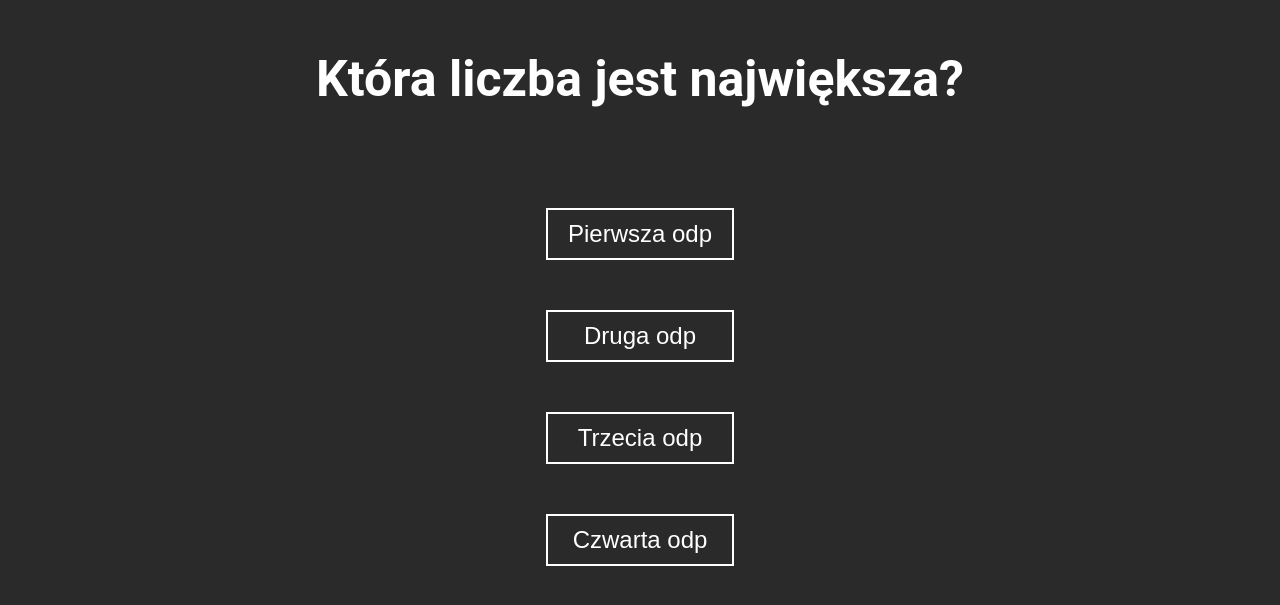
Repository: BaczkiewiczDawid/weatherApp
Page: index.html
An editor plug-in stored every save of this project. The page is shown before and after the next save, followed by the edit.
The browser window is 1280 px wide. The pictures show the whole page.

Above is the page before, as saved 2020-02-22 18:43:28.
Console error: TypeError: Cannot read properties of null (reading 'addEventListener')

After the next save:
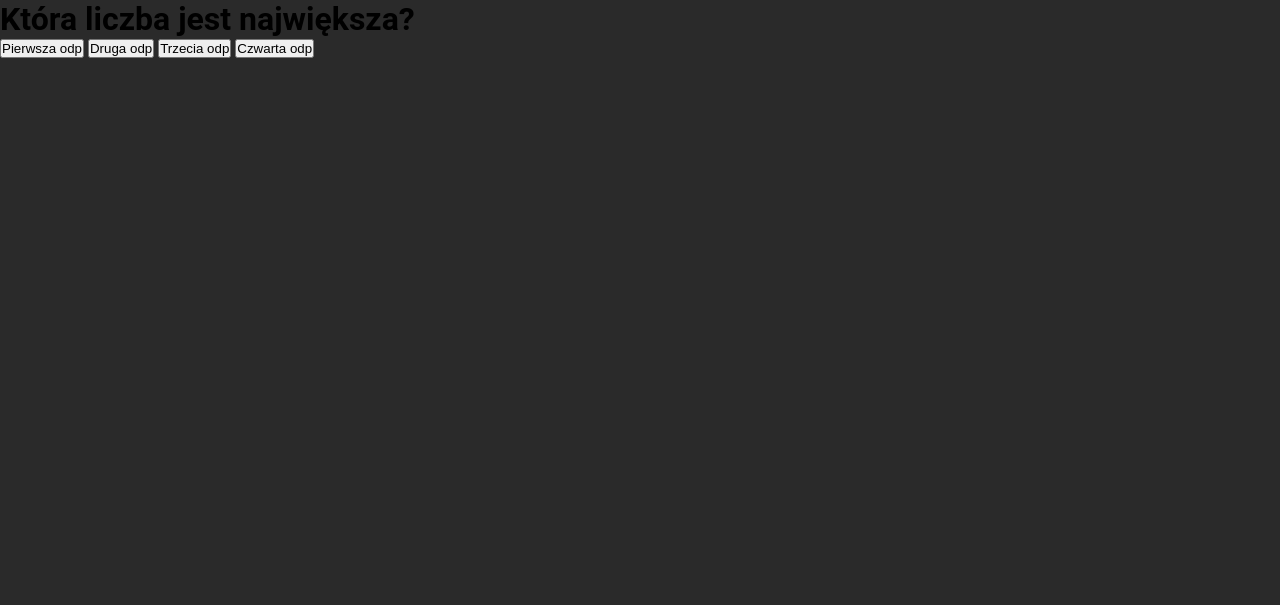
Saved 17 min 30 s later.
--- a/style.css
+++ b/style.css
@@ -7,29 +7,3 @@ body, html {
     background: #2a2a2a;
     font-family: 'Roboto', sans-serif;
 }
-h1 {
-    color: white;
-    font-size: 50px;
-    display: flex;
-    text-align: center;
-    justify-content: center;
-    margin-top: 50px;
-}
-.ask {
-    display: grid;
-    justify-content: center;
-    margin-top: 50px;
-}
-button {
-    background: transparent;
-    color: white;
-    border: 2px solid white;
-    padding: 10px 20px;
-    margin-top: 50px;
-    font-size: 24px;
-    cursor: pointer;
-}
-button:hover {
-    background: white;
-    color: #2a2a2a;
-}
